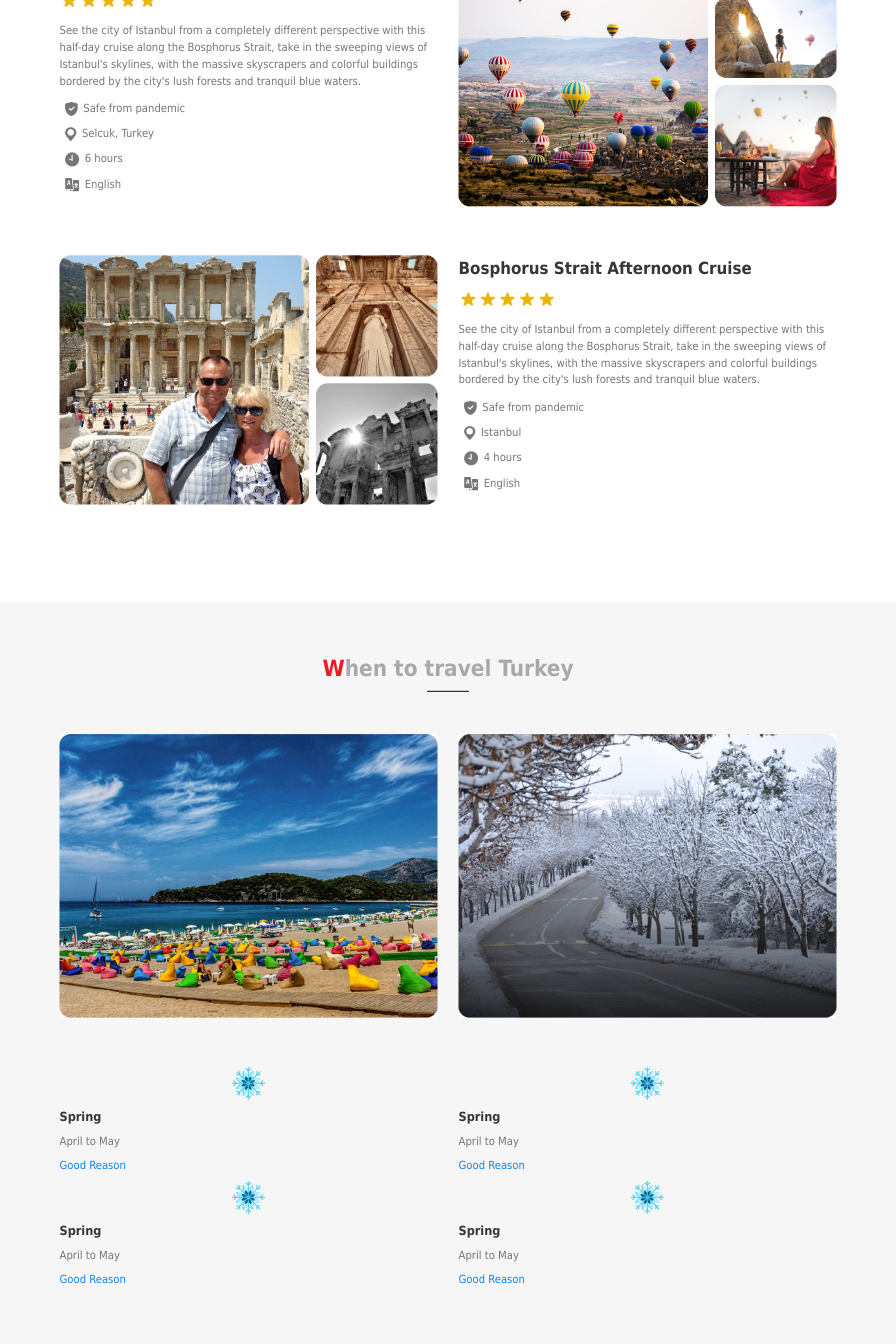
Repository: cvminhquan/turkey
Page: index.html
An editor plug-in stored every save of this project. The page is shown before and after the next save, followed by the edit.
The browser window is 1280 px wide. The pictures show the part of the page from y = 2004 to 3924 px (the page is 3924 px tall before and 3761 px after), at 70% of full size.
The style sheet was rebuilt from its Sass, Less or Tailwind sources for each picture, by a compiler version that may differ from the author's.

Above is the page before, as saved 2022-09-15 19:52:46.

After the next save:
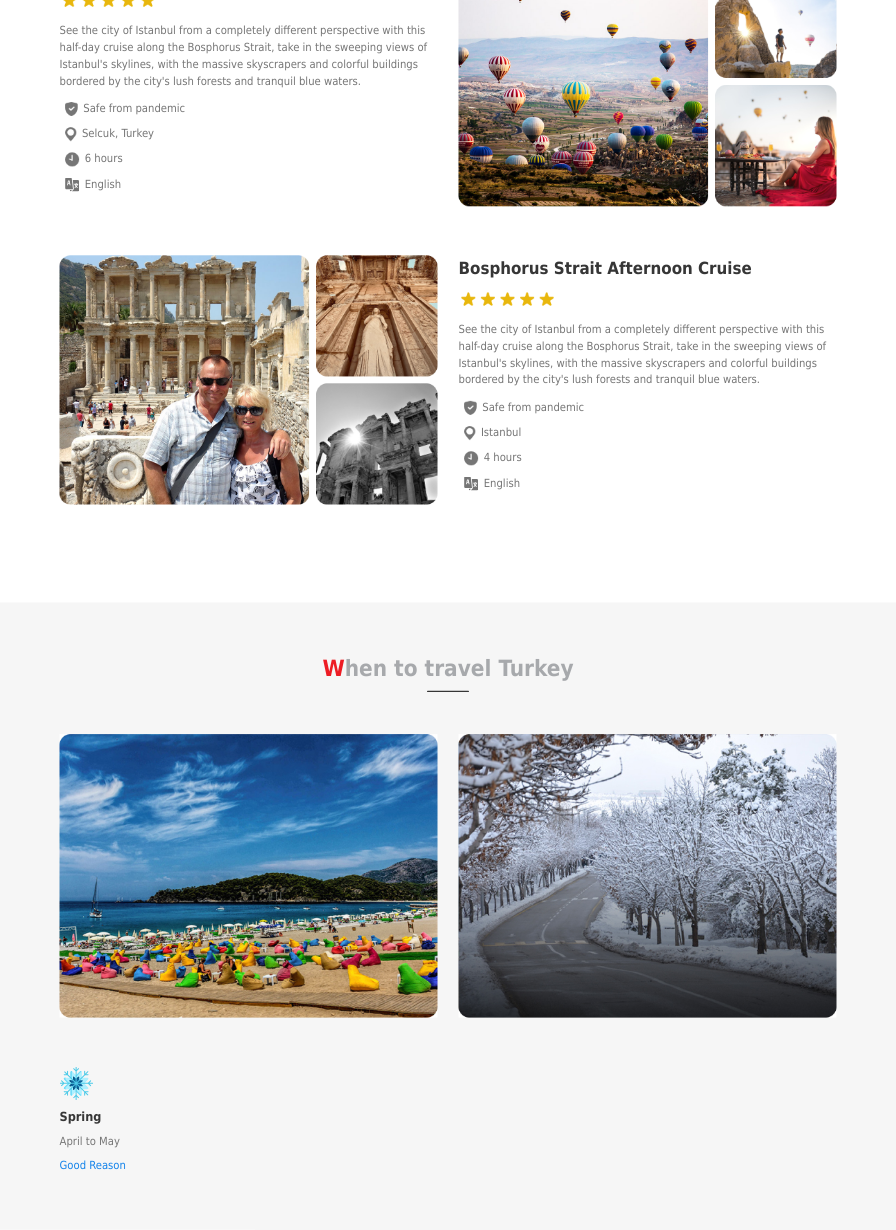
Saved 20 s later.
--- a/index.html
+++ b/index.html
@@ -192,50 +192,27 @@
                     </div>
                 </div> -->
                 <div class="row">
-                    <div class="col-6">
-                        <p class="bdr text-center"><img src="./images/icon-snow.svg" alt=""></p>
-                        <h2>Spring</h2>
-                        <p>
-                            <h3 class="text-month">April to May</h3>
-                        </p>
-                        <p class="text-status">Good Reason</p>
-                    </div>
-                    <div class="col-6">
-                        <p class="bdr text-center"><img src="./images/icon-snow.svg" alt=""></p>
-                        <h2>Spring</h2>
-                        <p>
-                            <h3 class="text-month">April to May</h3>
-                        </p>
-                        <p class="text-status">Good Reason</p>
-                    </div>
-                    <div class="col-6">
-                        <p class="bdr text-center"><img src="./images/icon-snow.svg" alt=""></p>
-                        <h2>Spring</h2>
-                        <p>
-                            <h3 class="text-month">April to May</h3>
-                        </p>
-                        <p class="text-status">Good Reason</p>
-                    </div>
-                    <div class="col-6">
-                        <p class="bdr text-center"><img src="./images/icon-snow.svg" alt=""></p>
-                        <h2>Spring</h2>
-                        <p>
-                            <h3 class="text-month">April to May</h3>
-                        </p>
-                        <p class="text-status">Good Reason</p>
-                    </div>
+                    <div class="col-6 text-center><p class=" bdr text-center "><img src="./images/icon-snow.svg " alt=" "></p>
+                        <h2>Spring</h2>
+                        <p>
+                            <h3 class="text-month ">April to May</h3>
+                        </p>
+                        <p class="text-status ">Good Reason</p></div>
+                    <div class="col-6 "></div>
+                    <div class="col-6 "></div>
+                    <div class="col-6 "></div>
                 </div>
             </div>
         </section>
-        <section id="contactus">
+        <section id="contactus ">
 
         </section>
 
-        <!-- <script src="js/jquery-3.6.0.js"></script> -->
-        <!-- <script src="js/popper.min.js"></script> -->
-        <!-- <script src="js/bootstrap.min.js"></script>
-        <script src="js/slick.min.js"></script>
-        <script src="js/main.js?v=3"></script> -->
+        <!-- <script src="js/jquery-3.6.0.js "></script> -->
+        <!-- <script src="js/popper.min.js "></script> -->
+        <!-- <script src="js/bootstrap.min.js "></script>
+        <script src="js/slick.min.js "></script>
+        <script src="js/main.js?v=3 "></script> -->
 </body>
 
 </html>
